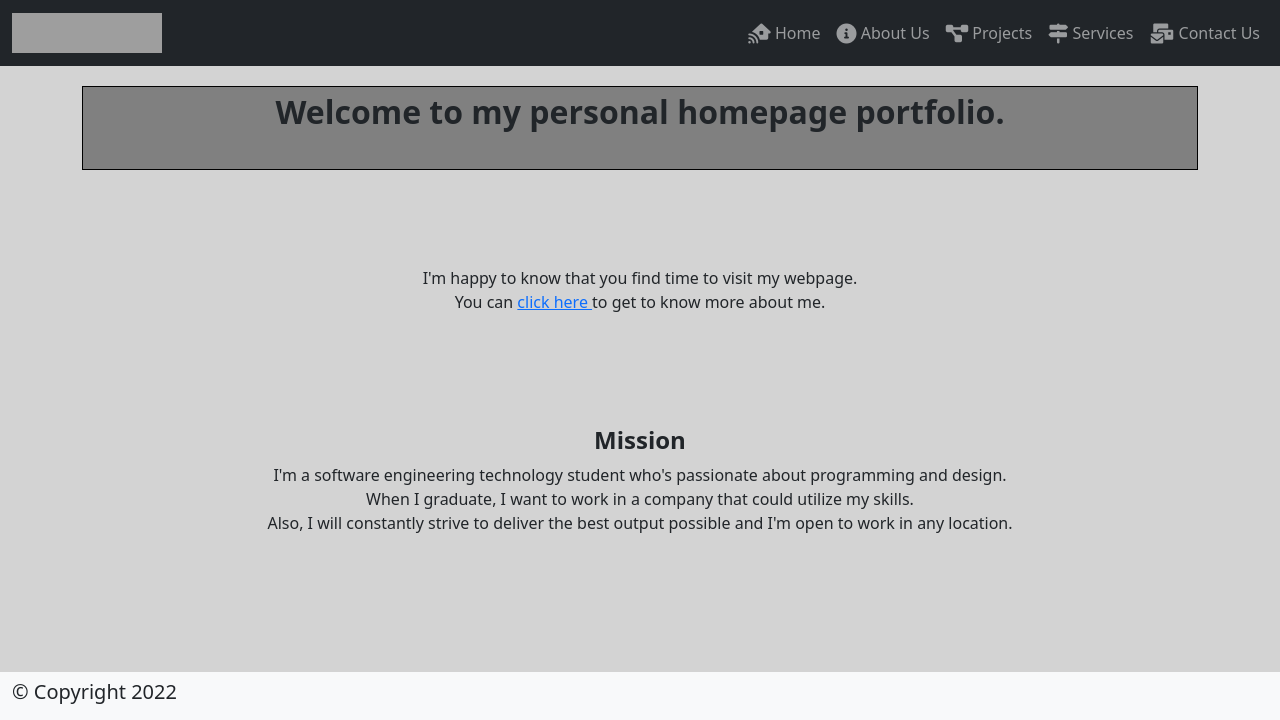
Repository: acarino4/Express-Portfolio-Site
Page: http://localhost/
An editor plug-in stored every save of this project. The page is shown before and after the next save, followed by the edit.
The browser window is 1280 px wide. The pictures show the whole page.
Pictures or frames that could not be fetched are drawn as grey boxes. The page is served by the project's Node server (server.js).

Above is the page before, as saved 2022-10-08 18:56:07.

After the next save:
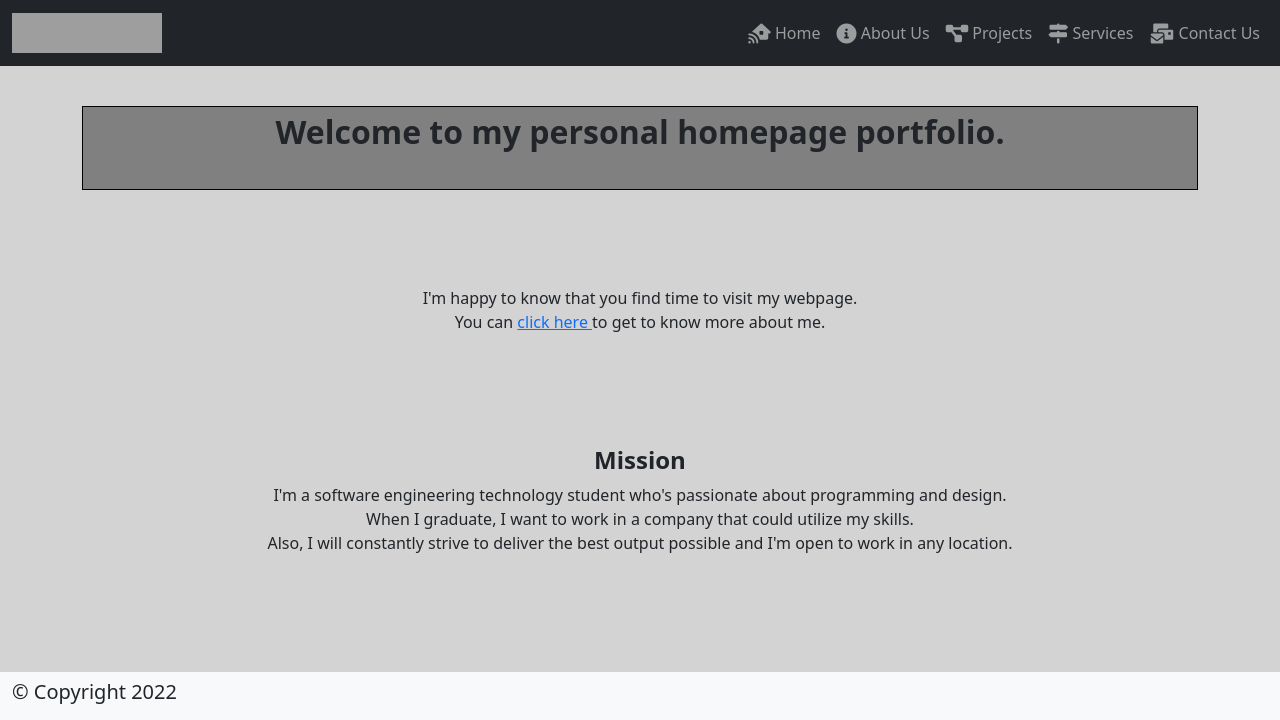
Saved 4 s later.
--- a/Server/Views/content/home.ejs
+++ b/Server/Views/content/home.ejs
@@ -15,7 +15,7 @@
             padding: 6px;
             background-color: grey;
             text-align: center;
-            margin-top: 20pz;
+            margin-top: 20px;
 
         }
 

After the save that followed:
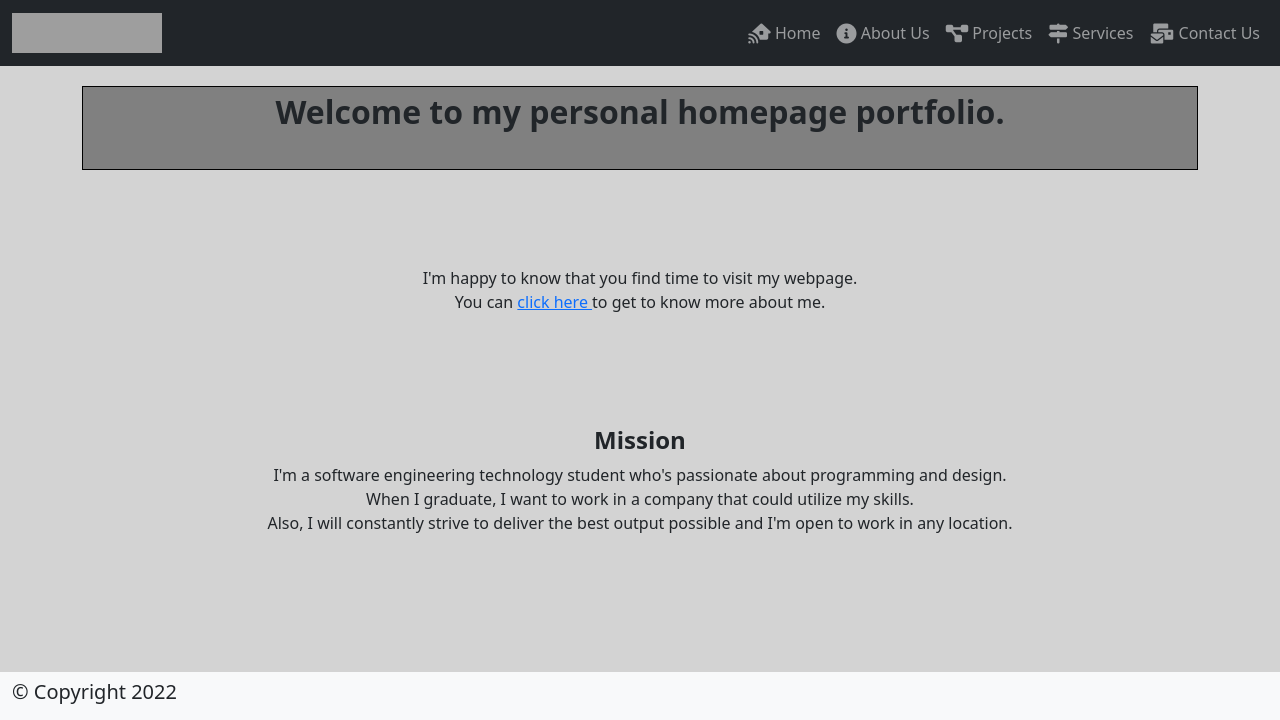
Saved 5 s later.
--- a/Server/Views/content/home.ejs
+++ b/Server/Views/content/home.ejs
@@ -15,7 +15,7 @@
             padding: 6px;
             background-color: grey;
             text-align: center;
-            margin-top: 20px;
+
 
         }
 
